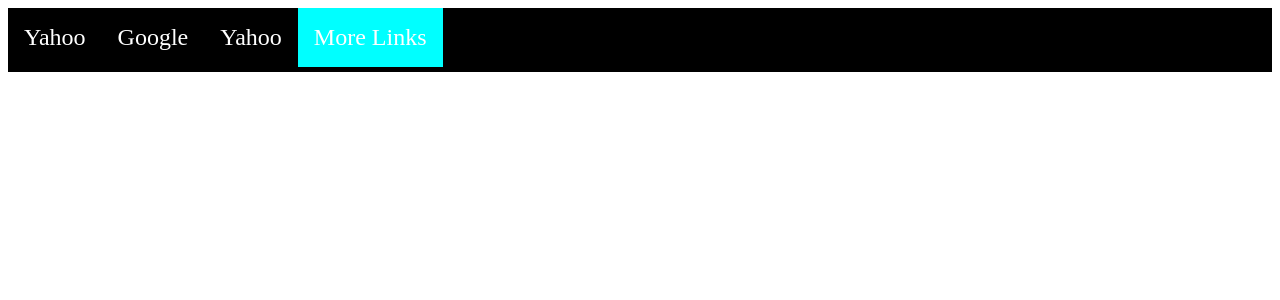
Repository: Zatarain10/Zatarain10.github.io
Page: index.html
The author's editor kept a record of every edit. The page is drawn from the files as they stood at one moment, then again after the next edit.
The browser window is 1280 px wide. The pictures show the whole page.
The pointer rests on the first visible `.morelinks`.

Above is the page before.

After the next edit:
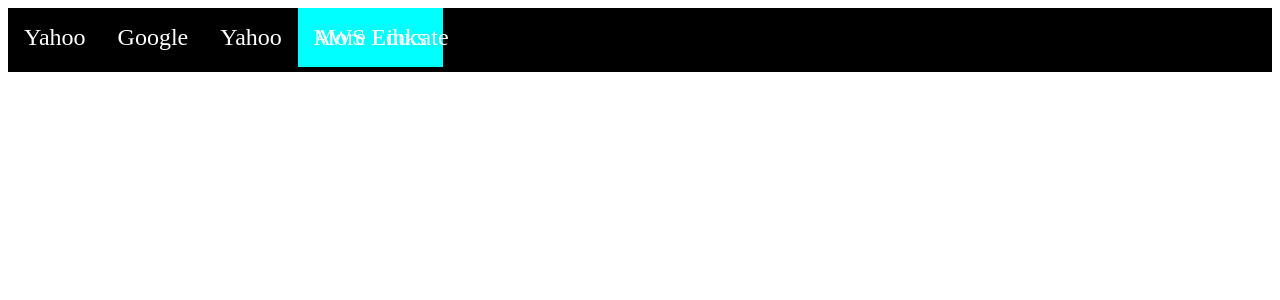
The edit:
--- a/index.html
+++ b/index.html
@@ -23,7 +23,7 @@
         background-color: cyan;
       }
 
-      .morelinks:hover .dropdown-content{
+      .dropdown:hover .dropdown-content{
         display:block;
       }
 
